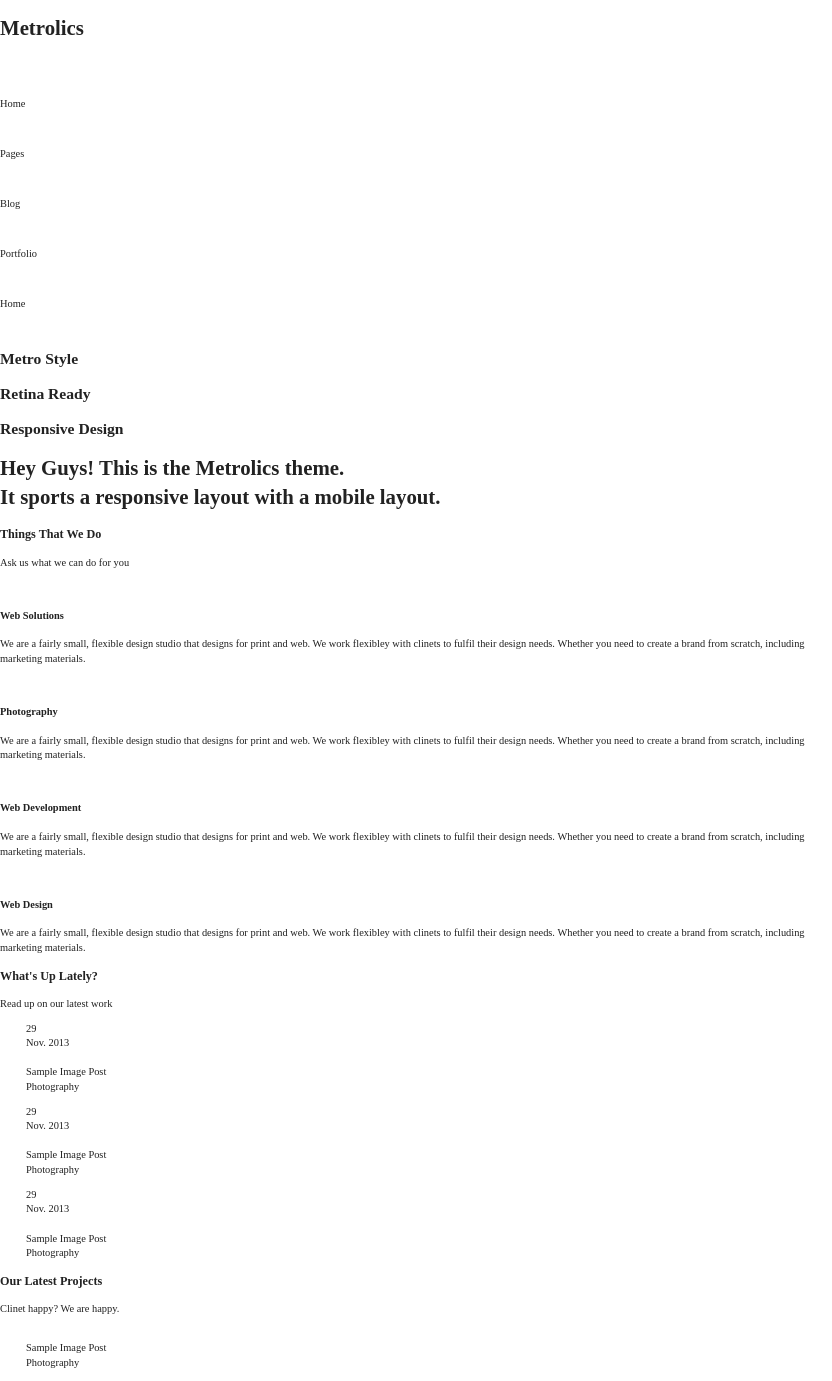
Repository: claudiashin/metrolics
Page: index.html
An editor plug-in stored every save of this project. The page is shown before and after the next save, followed by the edit.
The browser window is 1280 px wide. The pictures show the whole page, at 65% of full size.

Above is the page before, as saved 2021-01-27 15:56:54.

After the next save:
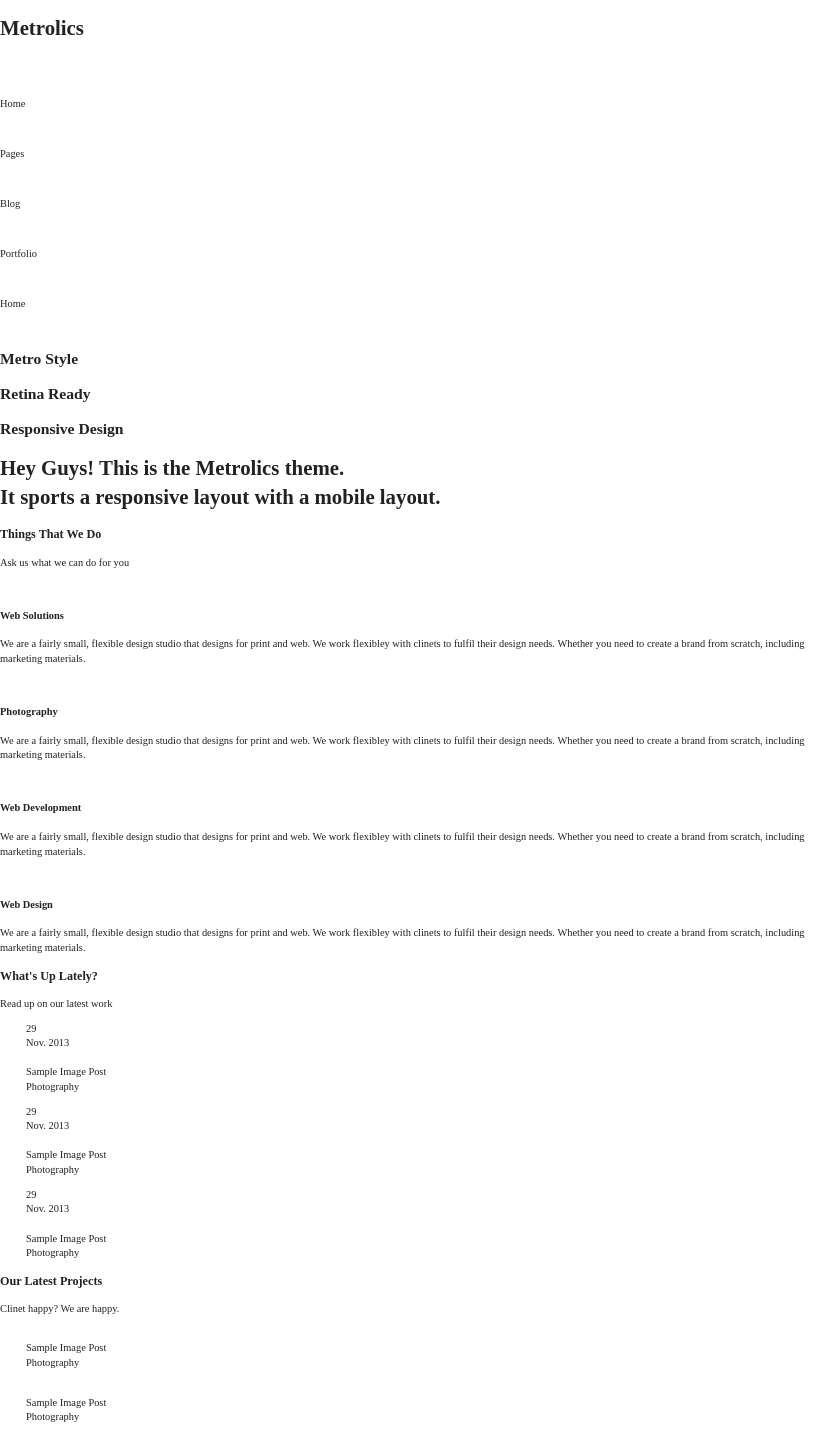
Saved 18 s later.
--- a/index.html
+++ b/index.html
@@ -154,6 +154,12 @@
         <figcaption>Sample Image Post <br> Photography</figcaption>
       </figure>
     </div>
+    <div class="container">
+      <figure>
+        <img src="" value="">
+        <figcaption>Sample Image Post <br> Photography</figcaption>
+      </figure>
+    </div>
 
   </section>
 
